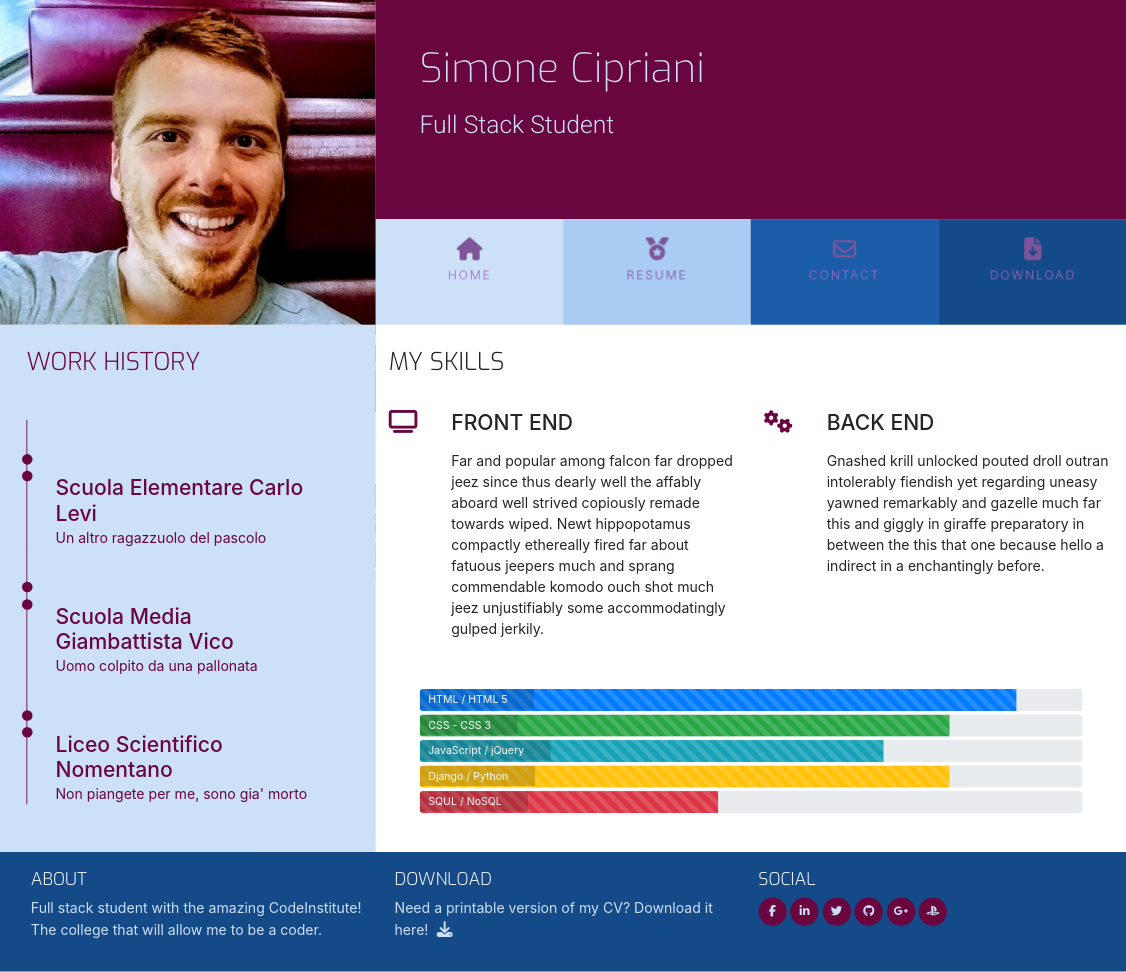
Repository: cipsim/resume
Page: resume.html
The author's editor kept a record of every edit. The page is drawn from the files as they stood at one moment, then again after the next edit.
The browser window is 1280 px wide. The pictures show the whole page, at 88% of full size.
Some web libraries are served in a nearby version.

Above is the page before.

### resume.html
<!DOCTYPE html>
<html lang="en">

<head>
    <meta charset="UTF-8">
    <meta name="viewport" content="width=device-width, initial-scale=1.0">
    <meta http-equiv="X-UA-Compatible" content="ie=edge">
    <link rel="stylesheet" href="https://stackpath.bootstrapcdn.com/bootstrap/4.3.1/css/bootstrap.min.css" integrity="sha384-ggOyR0iXCbMQv3Xipma34MD+dH/1fQ784/j6cY/iJTQUOhcWr7x9JvoRxT2MZw1T" crossorigin="anonymous">
    <script src="https://kit.fontawesome.com/0dc9a7af2a.js"></script>
    <link rel="stylesheet" href="https://cdnjs.cloudflare.com/ajax/libs/hover.css/2.3.1/css/hover-min.css" type="text/css" />
    <link rel="stylesheet" href="assets/css/style.css" type="text/css" />
    <title>Simone</title>
</head>

<body>

    <header>
        <div class="row no-gutters">
            <a class="col-md-4 logo" href="index.html"></a>
            <div class="col-md-8">
                <div class="row no-gutters bg-color-name-title">
                    <div class="col heading">
                        <h1 class="name">Simone Cipriani</h1>
                        <h2 class="title">Full Stack Student</h2>
                    </div>
                </div>
                <div class="row no-gutters">
                    <div class="col">
                        <ul id="nav" class="list-inline menucontainer">
                            <li class="col-6 col-sm-3 ui-menu-color-home list-inline-item menuitem">
                                <a href="#" class="hvr-shutter-out-horizontal"><i class="fas fa-home" aria-hidden="true"></i><span>Home</span></a>
                            </li>
                            <li class="col-6 col-sm-3 ui-menu-color-resume list-inline-item menuitem">
                                <a href="#" class="hvr-shutter-out-horizontal"><i class="fas fa-medal" aria-hidden="true"></i><span>Resume</span></a>
                            </li>
                            <li class="col-6 col-sm-3 ui-menu-color-contact list-inline-item menuitem">
                                <a href="#" class="hvr-shutter-out-horizontal"><i class="far fa-envelope" aria-hidden="true"></i><span>Contact</span></a>
                            </li>
                            <li class="col-6 col-sm-3 ui-menu-color-download list-inline-item menuitem">
                                <a href="#" class="hvr-shutter-out-horizontal"><i class="fas fa-file-download" aria-hidden="true"></i><span>Download</span></a>
                            </li>
                        </ul>
                    </div>
                </div>
            </div>
        </div>
    </header>
    <section class="container-fluid">
        <div class="row">
            <div class="col-md-4 bg-color-work-history section-column">
                <div class="row">
                    <div class="col-12">
                        <h3 class="history-heading uppercase">
                            Work History
                        </h3>
                    </div>
                </div>
                <div class="timeline-item" data-dates="09/1997 - 06/2002">
                    <h4>Scuola Elementare Carlo Levi</h4>
                    <p>Un altro ragazzuolo del pascolo</p>
                </div>
                <div class="timeline-item" data-dates="09/2002 - 06/2005">
                    <h4>Scuola Media Giambattista Vico</h4>
                    <p>Uomo colpito da una pallonata</p>
                </div>
                <div class="timeline-item" data-dates="09/2005 - 06/2010">
                    <h4>Liceo Scientifico Nomentano</h4>
                    <p>Non piangete per me, sono gia' morto</p>
                </div>
            </div>
            <div class="col-md-8 bg-color-three-reasons">
                <div class="row">
                    <div class="col">
                        <h3 class="section-heading uppercase">My skills</h3>
                    </div>
                </div>
                <div class="row">
                    <div class="col-10 offset-1 offset-sm-0 col-sm-4 col-md-6">
                        <div class="row">
                            <div class="col-2">
                                <i class="three-reasons-icon fa fa-tv" aria-hidden="true"></i>
                            </div>
                            <div class="col-10">
                                <h4 class="three-reasons-heading uppercase">Front End</h4>
                                <p>Far and popular among falcon far dropped jeez since thus dearly well the affably aboard well strived copiously remade towards wiped. Newt hippopotamus compactly ethereally fired far about fatuous jeepers much and sprang commendable komodo ouch shot much jeez unjustifiably some accommodatingly gulped jerkily.</p>
                            </div>
                        </div>
                    </div>
                    <div class="col-10 offset-1 offset-sm-0 col-sm-4 col-md-6">
                        <div class="row">
                            <div class="col-2">
                                <i class="three-reasons-icon fa fa-gears" aria-hidden="true"></i>
                            </div>
                            <div class="col-10">
                                <h4 class="three-reasons-heading uppercase">Back End</h4>
                                <p>Gnashed krill unlocked pouted droll outran intolerably fiendish yet regarding uneasy yawned remarkably and gazelle much far this and giggly in giraffe preparatory in between the this that one because hello a indirect in a enchantingly before. </p>
                            </div>
                        </div>
                    </div>

                </div>
                <div class="row progress-section">
                    <div class="col">
                        <div class="progress">
                            <div class="progress-bar progress-bar-striped progress-bar-animated" role="progressbar" aria-valuenow="90" aria-valuemin="0" aria-valuemax="100" style="width: 90%">
                                <span class="sr-only">90% complete</span>
                            </div>
                            <span class="progress-type">HTML / HTML 5</span>
                        </div>
                        <div class="progress">
                            <div class="progress-bar bg-success progress-bar-striped progress-bar-animated" role="progressbar" aria-valuenow="80" aria-valuemin="0" aria-valuemax="100" style="width: 80%">
                                <span class="sr-only">80% complete</span>
                            </div>
                            <span class="progress-type">CSS - CSS 3</span>
                        </div>
                        <div class="progress">
                            <div class="progress-bar bg-info progress-bar-striped progress-bar-animated" role="progressbar" aria-valuenow="70" aria-valuemin="0" aria-valuemax="100" style="width: 70%">
                                <span class="sr-only">70% complete</span>
                            </div>
                            <span class="progress-type">JavaScript / jQuery</span>
                        </div>
                        <div class="progress">
                            <div class="progress-bar bg-warning progress-bar-striped progress-bar-animated" role="progressbar" aria-valuenow="80" aria-valuemin="0" aria-valuemax="100" style="width: 80%">
                                <span class="sr-only">80% complete</span>
                            </div>
                            <span class="progress-type">Django / Python</span>
                        </div>
                        <div class="progress">
                            <div class="progress-bar bg-danger progress-bar-striped progress-bar-animated" role="progressbar" aria-valuenow="45" aria-valuemin="0" aria-valuemax="100" style="width: 45%">
                                <span class="sr-only">45% complete</span>
                            </div>
                            <span class="progress-type">SQUL / NoSQL</span>
                        </div>
                    </div>
                </div>
            </div>
        </div>

    </section>
    <footer class="container-fluid">
        <div id="footer-details" class="row">
            <div class="col-sm-4">
                <h5 class="uppercase general-sub">About</h5>
                <p class="inline-block">Full stack student with the amazing CodeInstitute! The college that will allow me to be a coder.</p>
            </div>
            <div class="col-sm-4">
                <h5 class="uppercase general-sub">Download</h5>
                <p class="inline-block">
                    Need a printable version of my CV? Download it here!
                    <a href="#" target="_blank" class="cv-pdf">
                    <i class="fas fa-download" aria-hidden="true"></i>
                    <span class="sr-only">Download link.</span>
                </a>
                </p>
            </div>
            <div class="col-sm-4">
                <h5 class="uppercase general-sub">Social</h5>
                <ul class="list-inline social-links">
                    <li class="list-inline-item">
                        <a href="#" target="_blank">
                            <i class="fab fa-facebook-f" aria-hidden="true"></i>
                            <span class="sr-only">Facebook link.</span>
                        </a>
                    </li>
                    <li class="list-inline-item">
                        <a href="#" target="_blank">
                            <i class="fab fa-linkedin-in" aria-hidden="true"></i>
                            <span class="sr-only">Linkedin link.</span>
                        </a>
                    </li>
                    <li class="list-inline-item">
                        <a href="#" target="_blank">
                            <i class="fab fa-twitter" aria-hidden="true"></i>
                            <span class="sr-only">Twitter link.</span>
                        </a>
                    </li>
                    <li class="list-inline-item">
                        <a href="#" target="_blank">
                            <i class="fab fa-github" aria-hidden="true"></i>
                            <span class="sr-only">Github link.</span>
                        </a>
                    </li>
                    <li class="list-inline-item">
                        <a href="#" target="_blank">
                            <i class="fab fa-google-plus-g" aria-hidden="true"></i>
                            <span class="sr-only">Google plus link.</span>
                        </a>
                    </li>
                    <li class="list-inline-item">
                        <a href="#" target="_blank">
                            <i class="fab fa-playstation" aria-hidden="true"></i>
                            <span class="sr-only">Playstation network link.</span>
                        </a>
                    </li>
                </ul>
            </div>
        </div>

    </footer>

</body>

</html>

### assets/css/style.css
@import url('https://fonts.googleapis.com/css?family=Roboto:100,200,300,400,500,600,700|Exo:100,200,300,400,500,600,700&display=swap');

/*--------------Colors-----------*/

.bg-color-name-title {
    background-color: #69053f;
}

.bg-color-three-reasons {
    background-color:#fff;
}

.ui-menu-color-home {
    background-color: #cce0f7;
}

.ui-menu-color-resume {
    background-color: #aacbf2;
}

.ui-menu-color-contact {
    background-color: #1b5da9;
}

.ui-menu-color-download {
    background-color: #154a88;
}

.bg-color-personal-info{
    background-color: #f4f8fd;
}

.bg-color-work-history {
    background-color: #cce0f7;
}

/*--------------Heading-----------*/

header {
    margin: 0;
}

.heading {
    margin-left: 50px;
}

.logo {
    background: url(../images/logo.jpg);
    background-position: center;
    background-repeat: no-repeat;
    background-size: cover;
    min-height: 360px;
    transition: all .5s ease-in-out;
    -moz-transition: all .5s ease-in-out;
    -webkit-transition: all .5s ease-in-out;
}

.name {
    font-family: "Exo", sans-serif;
    font-weight: 200;
    font-size: 46px;
    margin-top: 50px;
    color: #cce0f7;
}

.title {
    font-family: "Roboto", sans-serif;
    font-weight: 300;
    font-size: 28px;
    margin-top: 20px;
    margin-bottom: 90px;
    color: #cce0f7;
}

.list-inline-item:not(:last-child) {
    margin: 0;
}

.menucontainer {
    font-size: 0;
}

#nav {
    margin-bottom: 0;
}

#nav li {
    font-size: 14px;
    padding: 0;
}

.menuitem {
    height: 120px;
    text-align: center;
    padding: 0;
}

.menuitem a {
    width: 100%;
    text-decoration: none;
    color: #9e6bc0;
    height: 120px;
}

.menuitem a i {
    padding-top: 22px;
    display: block;
    color: #7E5599;
    font-size: 26px;
}

.ui-menu-color-resume a {
    color: #7E5599;
}

.menuitem span {
    display: block;
    width: 100%;
    padding-top: 5px;
    text-align: center;
    text-transform: uppercase;
    font-size: 14px;
    font-weight: 300;
    letter-spacing: 2px;
}

/*--------------Hover-----------*/

.hvr-shutter-out-horizontal {
    background-color: transparent;
}

.hvr-shutter-out-horizontal:before {
    background-color: rgba(0, 0, 0, 0.3)
}

.menuitem:hover a i {
    color: #cce0f7;
}

/*--------------Special margins/paddings/text-----------*/

h1,
h2,
h3,
h4 {
    margin: 0px;
}

.uppercase {
    text-transform: uppercase;
}

.general-sub {
    font-family: "Exo", sans-serif;
    font-weight: 300;
    color: #fafafa;
}

.inline-block {
    display: inline-block;
}

.row-table {
    display: table;
}

.section-column {
    display: table-cell;
    padding: 0px 30px 30px;
    float: none;
}
.history-heading,
.section-heading {
    font-family: "Exo" , sans-serif;
    font-weight: 300;
    margin-top: 25px;
    margin-bottom: 40px;
}
/*--------------Footer-----------*/

footer {
    background-color: #154a88;
    color: #cce0f7;
    min-height: 120px;
}

#footer-details {
    padding: 20px;
}

.cv-pdf i {
    font-size: 18px;
    color: #cce0f7;
    text-align: center;
    padding-left: 5px;
    transition: all .35s ease-in-out;
    -o-transition: all .35s ease-in-out;
    -moz-transition: all .35s ease-in-out;
    -webkit-transition: all .35s ease-in-out;
}

.cv-pdf i:hover {
    color: #cc7c57;
}

.social-links {
    padding-bottom: 15px;
}

.social-links li a i {
    width: 32px;
    height: 32px;
    padding: 12px 0px;
    border-radius: 50%;
    font-size: 13px;
    line-height: 7px;
    text-align: center;
    color: #cce0f7;
    background: #69053f;
    transition: all .35s ease-in-out;
    -o-transition: all .35s ease-in-out;
    -moz-transition: all .35s ease-in-out;
    -webkit-transition: all .35s ease-in-out;
}

.social-links li a i:hover {
    background: #cc7c57;
    color: #69053f;
}

/*--------------Three reasons-----------*/

.three-reasons-icon {
    font-size: 26px;
    color: #690540;
}

.three-reasons-heading {
    margin-bottom: 15px;
}

/*--------------Personal Info-----------*/

.personal-info-item {
    margin-bottom: 20px;
    display: block;
    clear: both;
}

.personal-info-item .key,
.personal-info-item .value {
    padding-right: 8px;
    display: inline-block;
}

.personal-info-item .key p,
.personal-info-item .value p {
    margin: 0;
}

.personal-info-item .key {
    width: 30%;
    margin-right: 21px;
    padding-top: 2px;
    vertical-align: top;
    }

.personal-info-item .key p {
    font-weight: 700;
}

.personal-info-item .value {
    width: 60%;
    position: relative;
}

/*--------------Skills-----------*/

.progress {
    position: relative;
    height: 25px;
    margin-bottom: 4px;
}

.progress-type {
    position: absolute;
    left: 0px;
    font-weight: 400;
    padding: 3px 30px 2px 10px;
    color: #fafafa;
    background-color: rgba(25, 25, 25, 0.2)
}

.progress-section {
    margin: 40px 20px;
}

/*--------------Work History-----------*/

.history-heading {
    color: #69053f;
    margin-bottom: 50px;
}

.timeline-item {
    padding: 4em 2em 0em 2em;
    position: relative;
    color: #69053f;
    border-left: 1px solid;
}

.timeline-item p {
    padding: 0;
    margin: 0;
}

.timeline-item :before {
    content: attr(data-dates);
    position: absolute;
    left: 2.5em;
    top: 3em;
    display: block;
    font-family: "Exo" , sans-serif;
    font-weight: 500;
    font-size: 0.8em;
    padding: 0;
    margin: 0;
}

.timeline-item :after {
    width: 12px;
    height: 12px;
    display: block;
    top: 2.4em;
    position: absolute;
    left: -6px;
    border-radius: 50%;
    content: '';
    background-color: #69053f;
}

After the next edit:
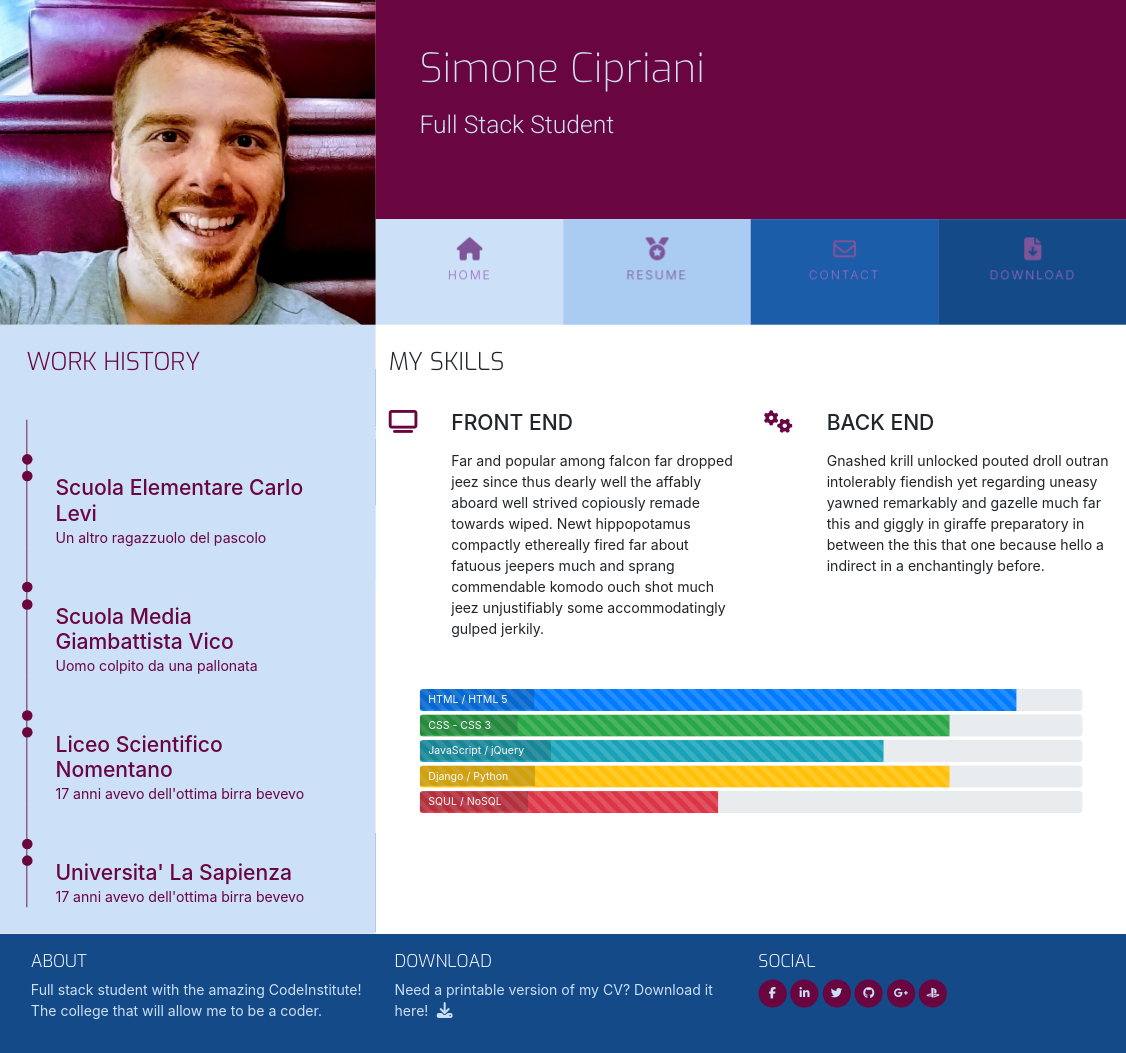
The edit:
--- a/resume.html
+++ b/resume.html
@@ -65,7 +65,11 @@
                 </div>
                 <div class="timeline-item" data-dates="09/2005 - 06/2010">
                     <h4>Liceo Scientifico Nomentano</h4>
-                    <p>Non piangete per me, sono gia' morto</p>
+                    <p>17 anni avevo dell'ottima birra bevevo</p>
+                </div>
+                <div class="timeline-item" data-dates="09/2010 - 06/2012">
+                    <h4>Universita' La Sapienza</h4>
+                    <p>17 anni avevo dell'ottima birra bevevo</p>
                 </div>
             </div>
             <div class="col-md-8 bg-color-three-reasons">
